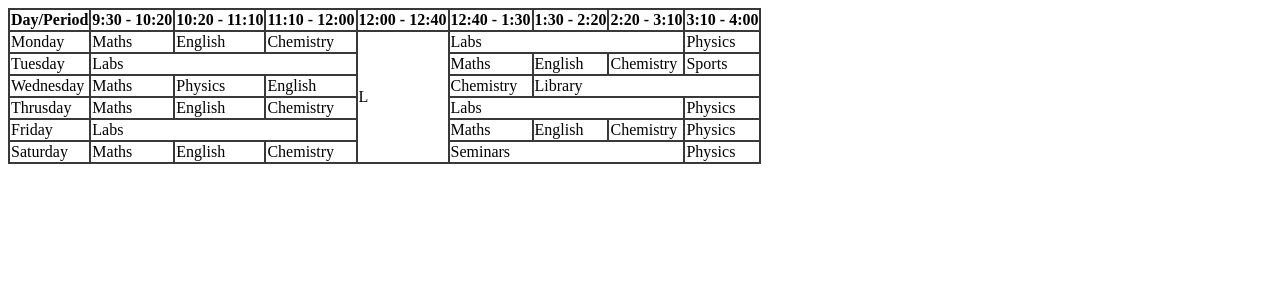
Repository: nir-github01/Html
Page: assign1-table.html
The author's editor kept a copy of each file at every save. The page is drawn from the files as they stood at one save, then again after the next save.
The browser window is 1280 px wide. The pictures show the whole page.

Above is the page before, as saved 2022-09-27 19:58:11.

After the next save:
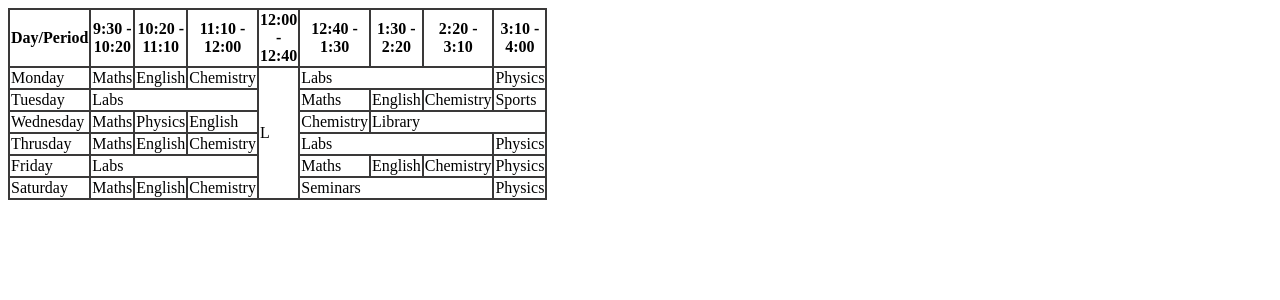
Saved 71 s later.
--- a/assign1-table.html
+++ b/assign1-table.html
@@ -9,6 +9,10 @@
         table, th, td{
             border: 2px solid rgb(58, 57, 57);
             border-collapse: collapse;
+        }
+        td{
+            width: 10px;
+            height: 8px;
         }
     </style>
 </head>
